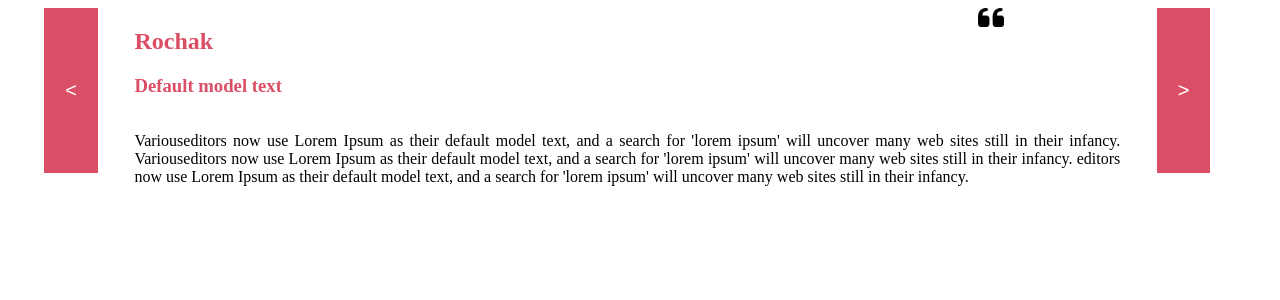
Repository: AVINKUMARP/gifts
Page: demo2.html
The author's editor kept a copy of each file at every save. The page is drawn from the files as they stood at one save, then again after the next save.
The browser window is 1280 px wide. The pictures show the whole page.

Above is the page before, as saved 2023-08-24 14:03:55.

After the next save:
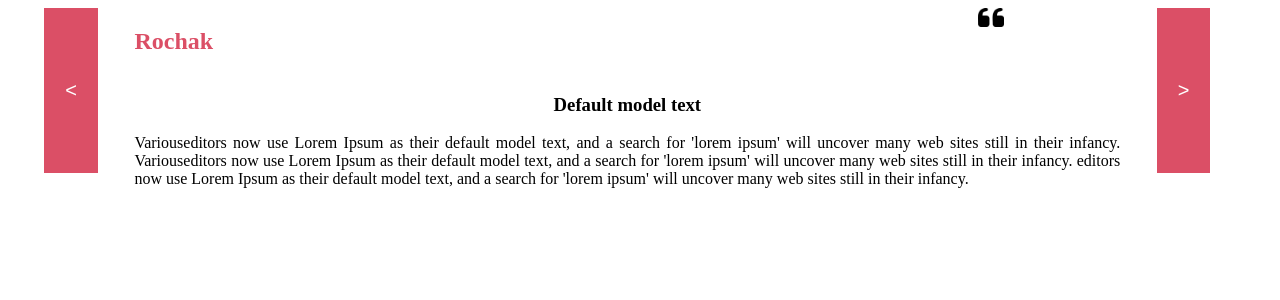
Saved 24 s later.
--- a/demo2.html
+++ b/demo2.html
@@ -56,11 +56,10 @@
         <div class="cpara">
             <div class="csub">
                 <div class="ch"><h2>Rochak</h2>
-                    <h3>Default model text</h3>
                 </div>
                 <div class="cicon"><img src="./images/icon.png" alt="loading..." width="10%"></div>
             </div>
-
+            <h3>Default model text</h3>
             <p>Variouseditors now use Lorem Ipsum as their default model text, and a search for 'lorem ipsum' will uncover many web sites still in their infancy. Variouseditors now use Lorem Ipsum as their default model text, and a search for 'lorem ipsum' will uncover many web sites still in their infancy. editors now use Lorem Ipsum as their default model text, and a search for 'lorem ipsum' will uncover many web sites still in their infancy.</p>
         </div>
         <div class="cbutl"><button>></button></div>
